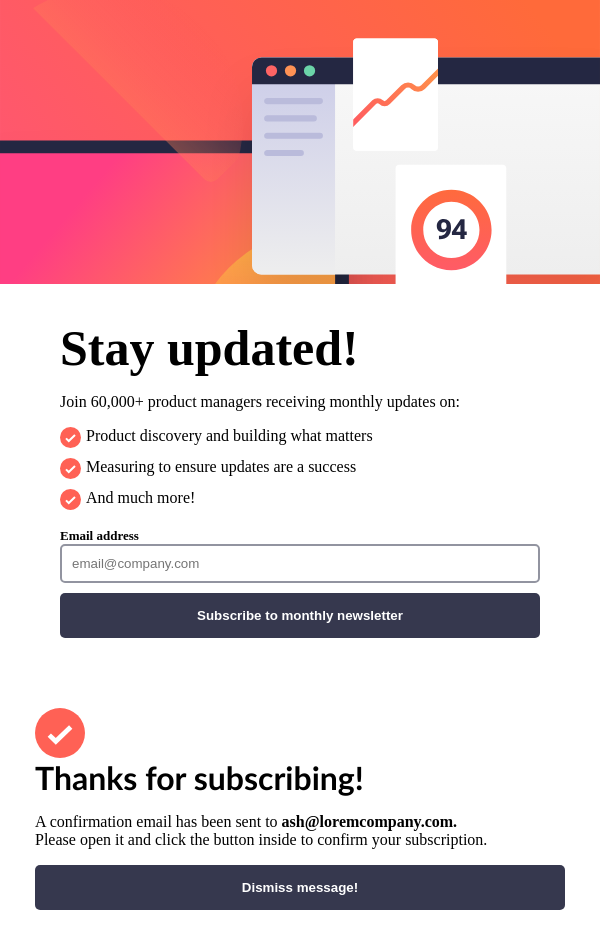
Repository: Celebration-cloud/Newsletter
Page: index.html
These files come from the project's save history. The page is drawn as it stood at one moment and after a run of saves; the edit follows.
The browser window is 600 px wide. The pictures show the whole page.

Above is the page before, as saved 2023-07-19 23:43:46.

### index.html
<!DOCTYPE html>
<html lang="en">
<head>
  <meta charset="UTF-8">
  <meta name="viewport" content="width=device-width, initial-scale=1.0"> <!-- displays site properly based on user's device -->

  <link rel="icon" type="image/png" sizes="32x32" href="./assets/images/favicon-32x32.png">
  <link rel="stylesheet" href="index.css">

  <title>Frontend Mentor | Newsletter sign-up form with success message</title>

  <!-- Feel free to remove these styles or customise in your own stylesheet 👍 -->
  <style>
    .attribution { font-size: 11px; text-align: center; }
    .attribution a { color: hsl(228, 45%, 44%); }
  </style>
</head>
<body>

  <!-- Sign-up form start -->
  <div id="container">
    <div id="home-page">
      <h2 id="news">Stay updated!</h2>
      <p id="content">Join 60,000+ product managers receiving monthly updates on:</p>
      <ul id="features">
        <li>
          <img id="list-icon" src="./assets/images/icon-list.svg" alt="" srcset="">
          <p>Product discovery and building what matters</p>
        </li>
        <li>
          <img id="list-icon" src="./assets/images/icon-list.svg" alt="" srcset="">
          <p>Measuring to ensure updates are a success</p>
        </li>
        <li>
          <img id="list-icon" src="./assets/images/icon-list.svg" alt="" srcset="">
          <p>And much more!</p>
        </li>
      </ul>
      <form action="email">
        <label for="email">Email address</label><br>
        <input type="email" name="email" required placeholder="email@company.com" id="email"><br>
        <button id="subscribe-btn" type="submit">Subscribe to monthly newsletter</button>
      </form>
    </div>
    <div id="sign-up"></div>
  </div>
  <script type="module" src="index.js"></script>


  <!-- Sign-up form end -->

  <!-- Success message start -->
  <div id="success">
    <img id="signed-icon" src="./assets/images/icon-list.svg" alt="" srcset="">
    <h2>Thanks for subscribing!</h2>
    <p>A confirmation email has been sent to <b>ash@loremcompany.com.</b> <br>
    Please open it and click the button inside to confirm your subscription.</p>
    <button type="reset" id="dismiss">Dismiss message!</button>
  </div>

<!--
  <div class="attribution">
    Challenge by <a href="https://www.frontendmentor.io?ref=challenge" target="_blank">Frontend Mentor</a>.
    Coded by <a href="#">Your Name Here</a>.
  </div> -->
</body>
</html>

### index.css
html, body{
    padding: 0;
    margin: 20px;
    box-sizing: border-box;
    background-color: hsl(234, 29%, 20%);
    -webkit-user-select: none;
    user-select: none;
    display: flex;
    justify-content: center;

}

#container{
    background-color: white;
    display: flex;
    flex-wrap: wrap;
    justify-content: space-between;
    padding: 15px;
    column-gap: 10px;
    margin: 0;
    border-radius: 15px;
}

#sign-up{
    background-image: url(./assets/images/illustration-sign-up-desktop.svg);
    background-repeat: no-repeat;
    background-size: cover;
    width: 305px;
    height: 450px;
}

#home-page{
    width: 50%;
    margin: auto;
}

ul{
    list-style-type: none;
    padding: 0;
    display: flex;
    flex-direction: column;
    gap: 10px;
}

li{
    display: flex;
    margin: 0;
    padding: 0;
}

li p {
    margin: 0;
    padding-left: 5px;
    align-self: flex-start;
}

#list-icon{
    padding: 0;
    margin: 0;
    align-self: flex-start;
}

#news{
    font-size: 312.5%;
    padding: 0;
    margin: 0;
}



label{
    font-size: 13px;
    font-weight: bolder;
}

input{
    width: 100%;
    padding: 10px;
    box-sizing: border-box;
    border-radius: 5px;
    margin-bottom: 10px;
    border: 2px solid hsl(231, 7%, 60%);
}

button{
    width: 100%;
    padding: 15px;
    box-sizing: border-box;
    border-radius: 5px;
    border: none;
    color: white;
    font-weight: bolder;
    background-color: hsl(235, 18%, 26%);
}

#success{
    background-color: white;
}

@media (max-width: 741px) {
    html, body{
        padding: 0;
        margin: 0;
        display: inline;
    }
    #container{
        background-color: white;
        display: flex;
        flex-wrap: wrap;
        flex-direction: column-reverse;
        margin: 0;
        padding: 0;
        border-radius: none;
        border-radius: 0;
    }
    #home-page{
        margin: auto;
        width: 80%;
        padding: 35px;
    }
    #sign-up{
        background-image: url(./assets/images/illustration-sign-up-mobile.svg);
        background-repeat: no-repeat;
        background-size: cover;
        width: 100%;
        height: 284px;
    }
    #success{
        margin: auto;

        height: 300%;
        padding: 35px;
        display: flex;
        flex-direction: column;
    }
    #success img{
        width: 50px;
    }
    #success h2{
        font-weight: bolder;
        margin: 0;
        font-size: xx-large;
        font-family: 'Gill Sans', 'Gill Sans MT', Calibri, 'Trebuchet MS', sans-serif;
    }
    #success p{
        font-weight: light;
    }


}

### index.js
// import { initializeApp } from "https://www.gstatic.com/firebasejs/9.15.0/firebase-app.js"
// import { getDatabase, ref, push, onValue } from "https://www.gstatic.com/firebasejs/9.15.0/firebase-database.js"

// let appSettings = {
//     "databaseUrl": " https://playground-51efb-default-rtdb.europe-west1.firebasedatabase.app/ "
// }

// const app = initializeApp(appSettings)
// const database = getDatabase(app)
// const newsLetterDb = ref(database, "newsLetterDb")

const emailEL = document.getElementById("email")
const inputEL = document.getElementById("subscribe-btn")
const container = document.getElementById("container")
const dismiss = document.getElementById("dismiss")

function successful() {
    let successful = `
        <div id="success">
            <img id="signed-icon" src="./assets/images/icon-list.svg" alt="" srcset="">
            <h2>Thanks for subscribing!</h2>
            <p>A confirmation email has been sent to ash@loremcompany.com. <br>
            Please open it and click the button inside to confirm your subscription.</p>
            <button type="reset" id="dismiss">Dismiss message!</button>
        </div>
    `
    container.innerHTML = successful
    // dismiss()
}

inputEL.addEventListener("click", function() {
    // let inputValue = emailEL.value
    // inputEL = inputValue
    // push( newsLetterDb, inputEL)
    successful()
})

// function dismiss() {
//      let content = `

//      `

// }
// dismiss.addEventListener("click", function() {
//     dismiss()
// })

After the next 5 saves:
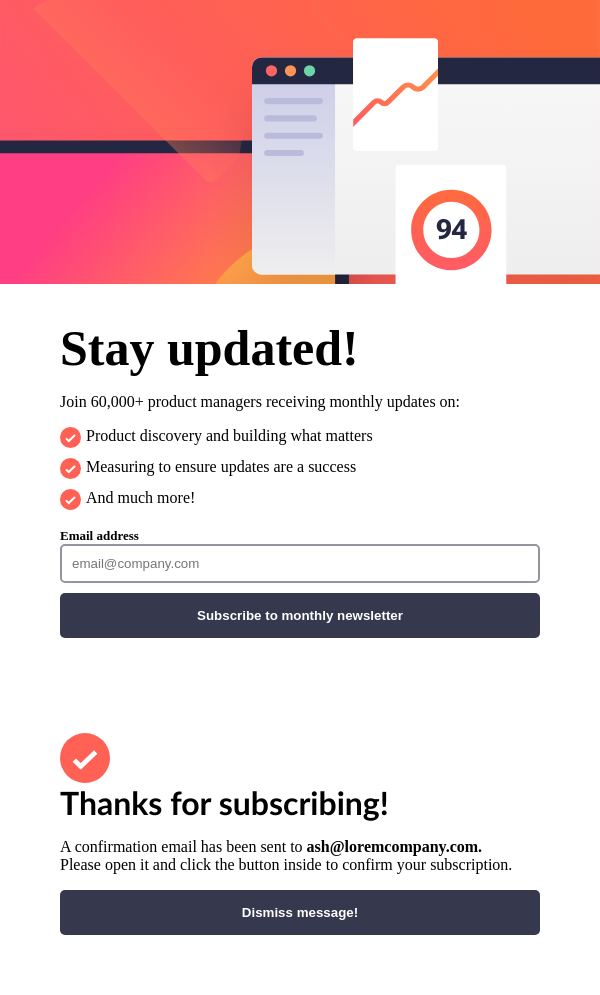
The 5 saves are shown as one change because they came seconds apart.
The last was saved 28 s later.
--- a/index.css
+++ b/index.css
@@ -129,7 +129,7 @@ button{
         margin: auto;
 
         height: 300%;
-        padding: 35px;
+        padding: 60px;
         display: flex;
         flex-direction: column;
     }
